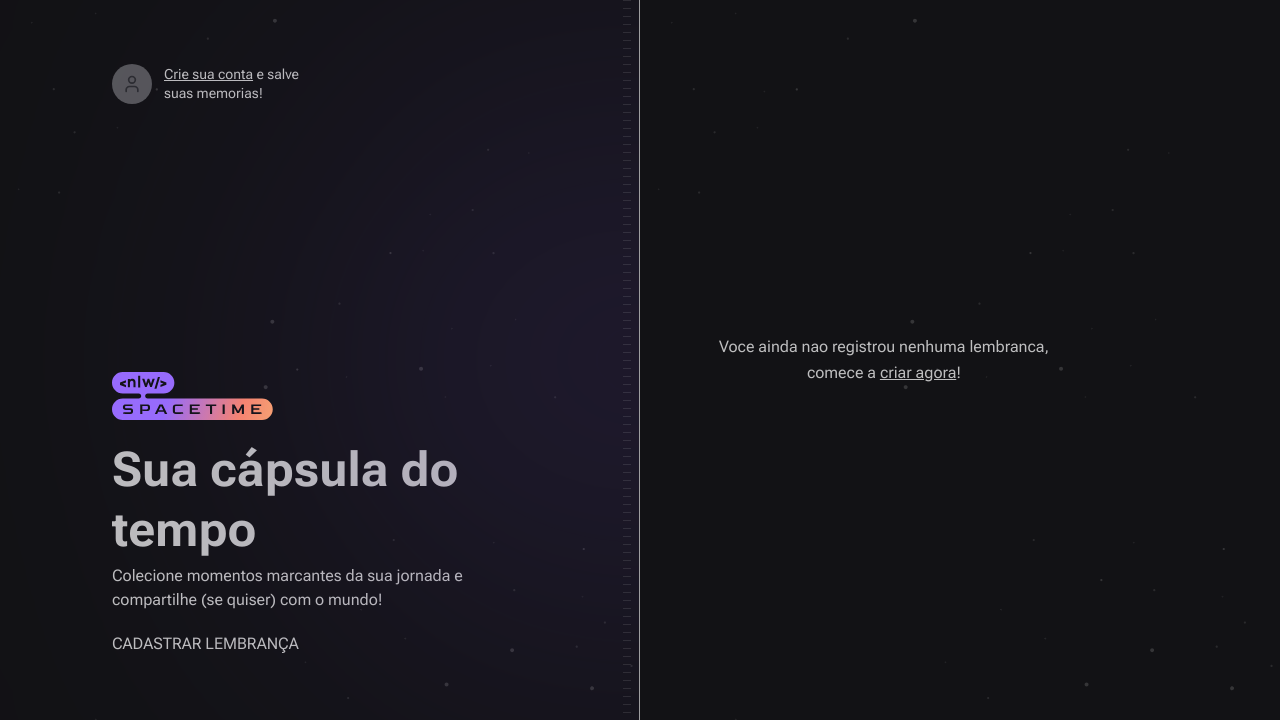
Repository: viniimartins/NLWSpacetime
Page: /
These files come from the project's save history. The page is drawn as it stood at one moment and after a run of saves; the edit follows.
The browser window is 1280 px wide. The pictures show the whole page.
Some web fonts or font styles are not loaded; a fallback is used. The project was rebuilt for these pictures with package versions that can differ from the ones it lists, and the page was loaded fresh each time. The framework's server and built-in components were replaced by stand-ins that run in the browser. Also part of the build but not shown: next.config.js.

Above is the page before, as saved 2023-05-28 19:48:26.

After the next 2 saves:
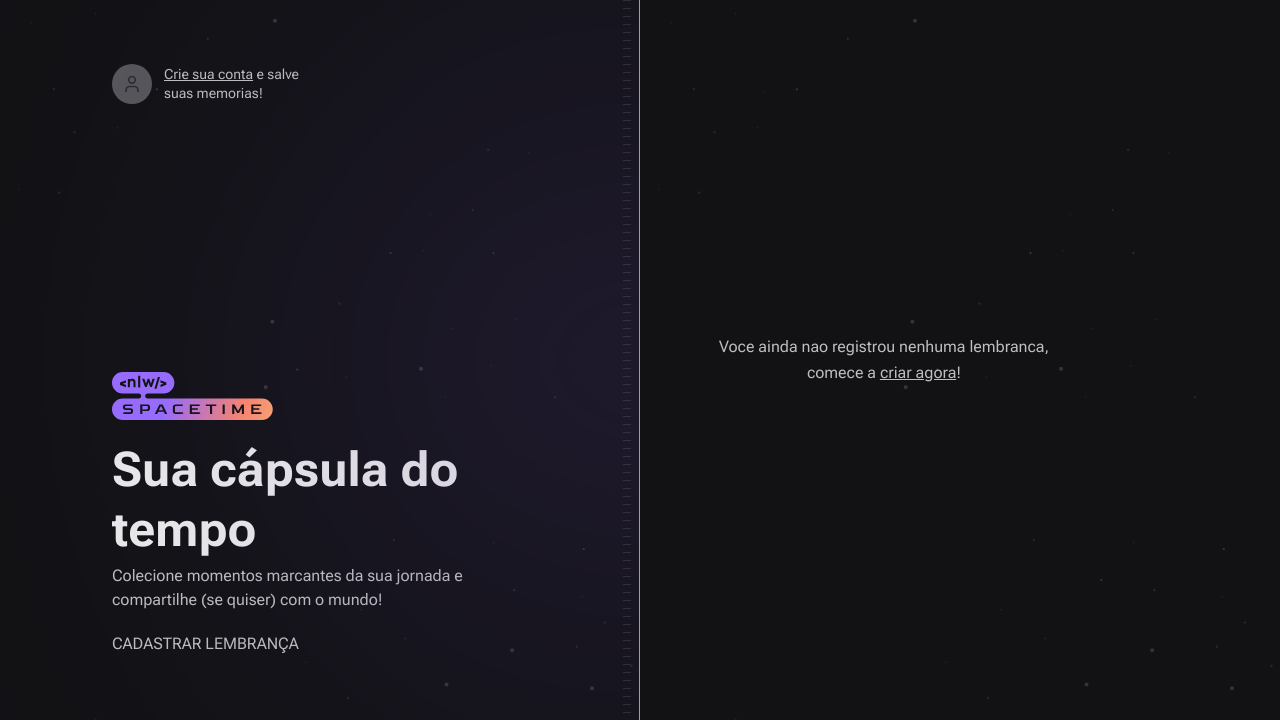
The 2 saves are shown as one change because they came seconds apart.
The last was saved 12 s later.
--- a/src/app/page.tsx
+++ b/src/app/page.tsx
@@ -35,7 +35,7 @@ export default function Home() {
           <Image src={nlwLogo} alt="NLW Spacetime" />
 
           <div className="max-w-[420px] space-y-1">
-            <h1 className="mt-5 text-5xl font-bold leading-tight">Sua cápsula do tempo</h1>
+            <h1 className="mt-5 text-5xl font-bold leading-tight text-gray-50">Sua cápsula do tempo</h1>
             <p>
               Colecione momentos marcantes da sua jornada e compartilhe (se
               quiser) com o mundo!
